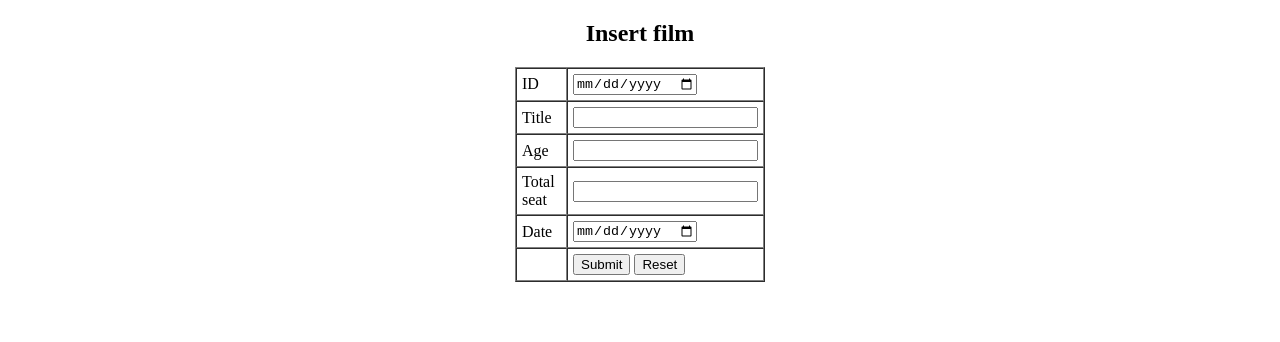
Repository: lmcoa15/Movie
Page: http://localhost/movie/admin/admin_Insert_film.jsp
An editor plug-in stored every save of this project. The page is shown before and after the next save, followed by the edit.
The browser window is 1280 px wide. The pictures show the whole page.
The page is served by Tomcat 9.

Above is the page before, as saved 2015-12-06 19:52:29.

After the next save:
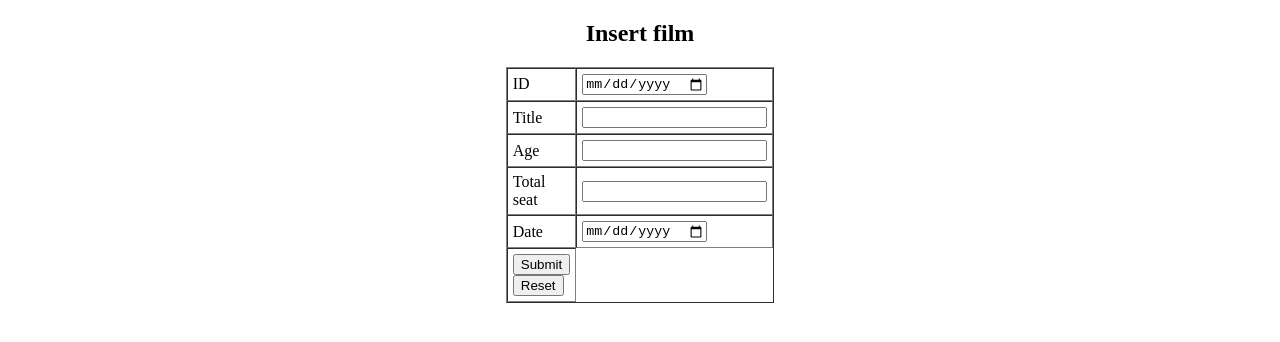
Saved 18 s later.
--- a/workspace/movie/WebContent/admin/admin_Insert_film.jsp
+++ b/workspace/movie/WebContent/admin/admin_Insert_film.jsp
@@ -38,7 +38,6 @@
 	</tr>
 
 	<tr>
-		<td><input type="hidden" name="id_film" value=id_random></td>
 		<td><input type=submit value="Submit" size=2>
 			<input type=reset  value="Reset" size=2>
 		</td>
